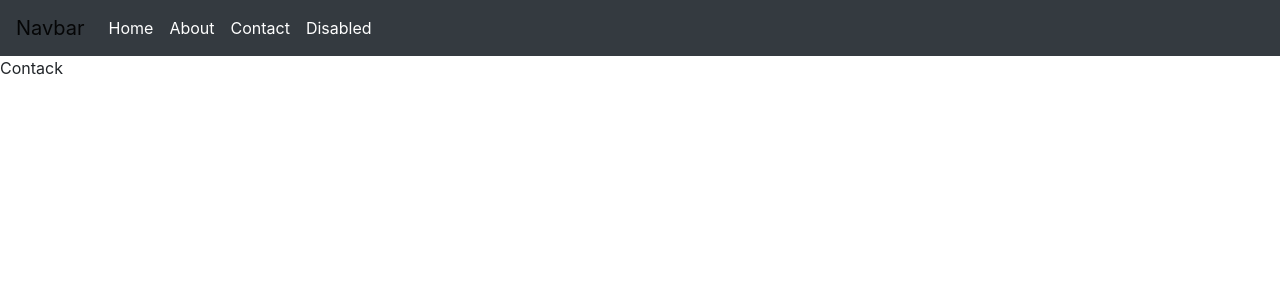
Repository: syawal2kalii/parsinta_clone_model
Page: http://localhost/contact
An editor plug-in stored every save of this project. The page is shown before and after a run of saves, followed by the edit.
The browser window is 1280 px wide. The pictures show the whole page.
The page is served by the project's Laravel application, run on PHP 8.4 with Laravel 8.

Above is the page before, as saved 2019-12-26 16:40:17.

After the next 2 saves:
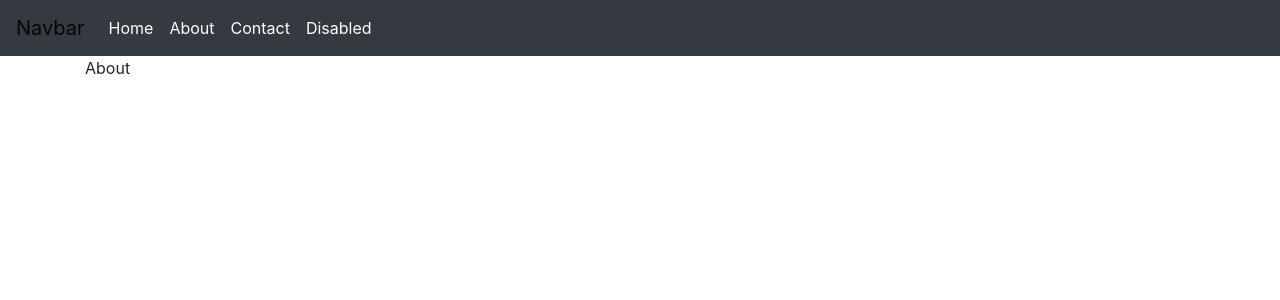
The 2 saves are shown as one change because they came seconds apart.
The last was saved 13 s later.
--- a/resources/views/contack.blade.php
+++ b/resources/views/contack.blade.php
@@ -5,5 +5,7 @@
 @extends('layout.master')
 
 @section('content')
-    Contack
+<div class="container">
+About
+</div>
 @endsection
